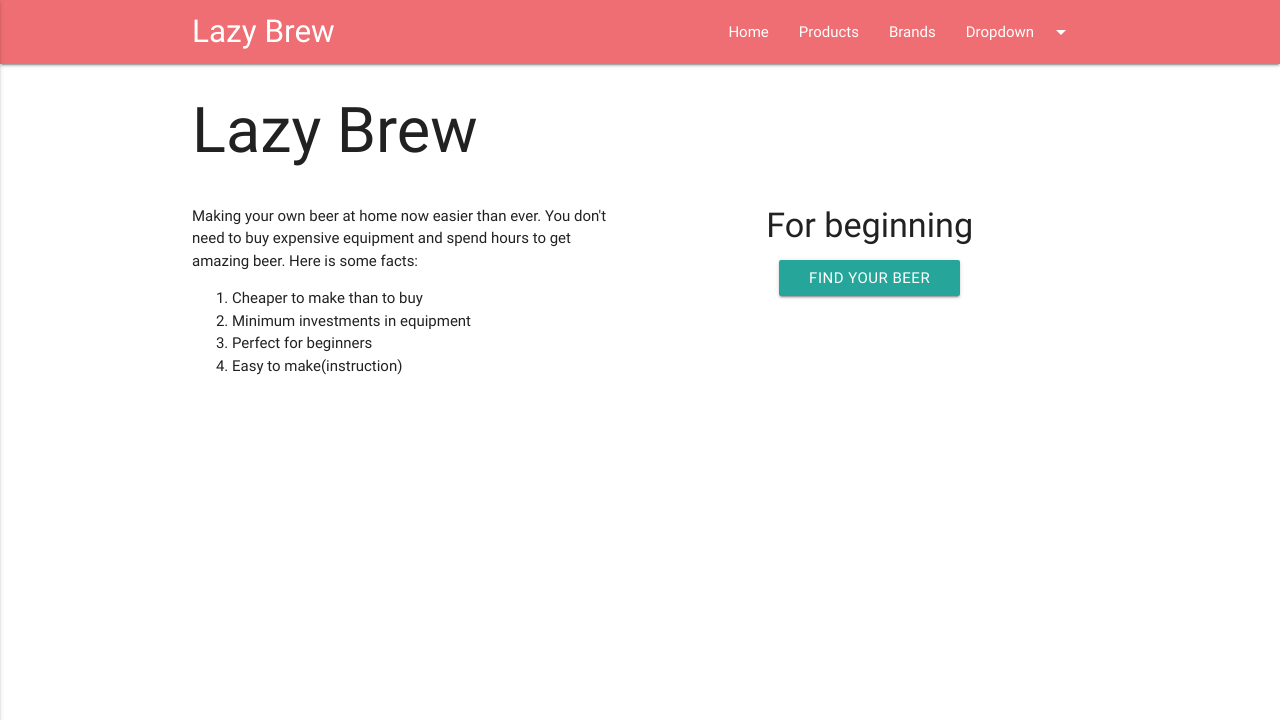
Repository: Leon2ev/lazy-brew
Page: http://localhost/
The author's editor kept a record of every edit. The page is drawn from the files as they stood at one moment, then again after the next edit.
The browser window is 1280 px wide. The pictures show the whole page.
Some web libraries are served in a nearby version. The page is served by the project's application, run on Flask 3 (app.py). Queries for data that is not in the repository find no rows.

Above is the page before.

After the next edit:
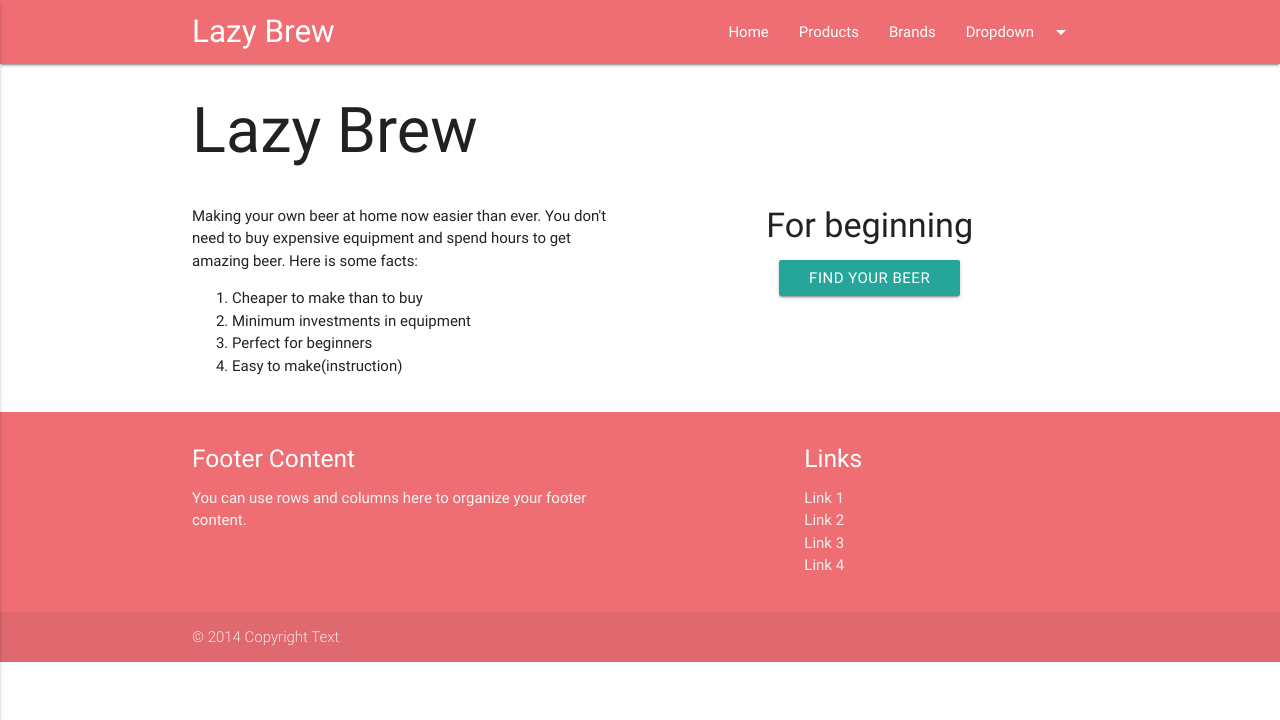
The edit:
--- a/templates/base.html
+++ b/templates/base.html
@@ -48,6 +48,30 @@
             </nav>
         </header>
         {% block content %}{% endblock %}
+        <footer class="page-footer">
+            <div class="container">
+                <div class="row">
+                    <div class="col l6 s12">
+                        <h5 class="white-text">Footer Content</h5>
+                        <p class="grey-text text-lighten-4">You can use rows and columns here to organize your footer content.</p>
+                    </div>
+                    <div class="col l4 offset-l2 s12">
+                        <h5 class="white-text">Links</h5>
+                        <ul>
+                            <li><a class="grey-text text-lighten-3" href="#!">Link 1</a></li>
+                            <li><a class="grey-text text-lighten-3" href="#!">Link 2</a></li>
+                            <li><a class="grey-text text-lighten-3" href="#!">Link 3</a></li>
+                            <li><a class="grey-text text-lighten-3" href="#!">Link 4</a></li>
+                        </ul>
+                    </div>
+                </div>
+            </div>
+            <div class="footer-copyright">
+                <div class="container">
+                    © 2014 Copyright Text
+                </div>
+            </div>
+        </footer>
         <script src="https://cdnjs.cloudflare.com/ajax/libs/jquery/3.2.1/jquery.min.js"></script>
         <script src="https://cdnjs.cloudflare.com/ajax/libs/materialize/0.100.2/js/materialize.min.js"></script>
         <script type="text/javascript">
